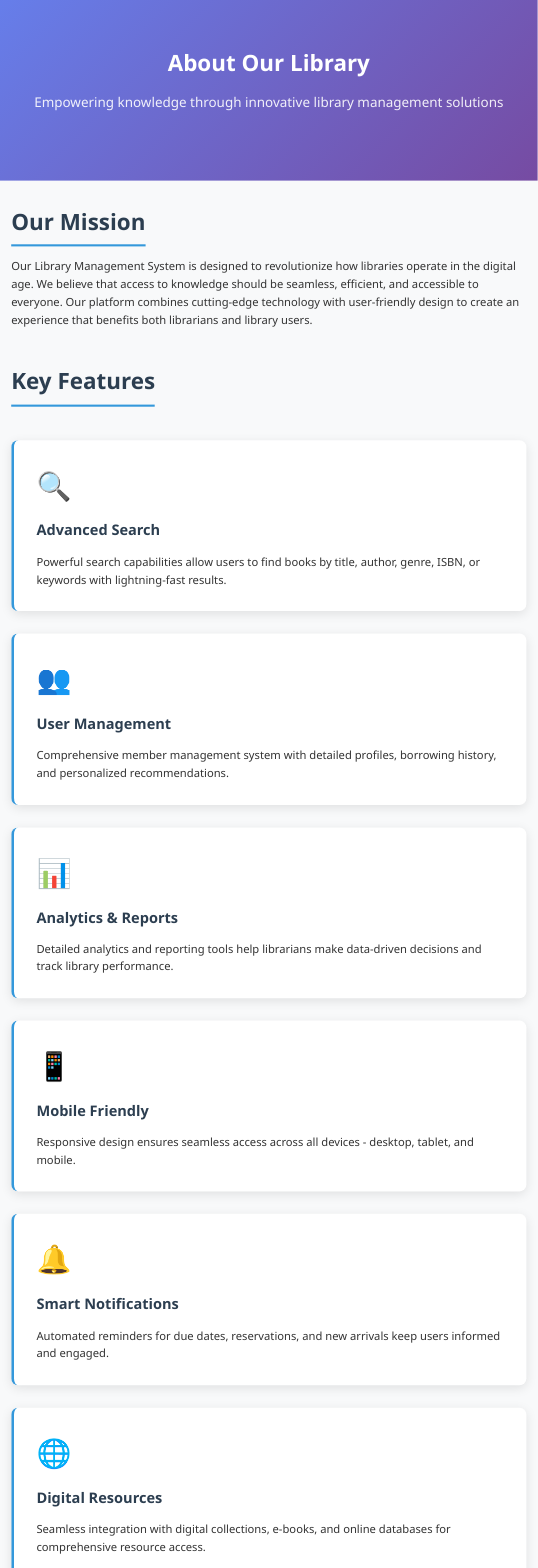
Repository: Manilamagar/learningnodejs
Page: http://localhost/contact
The author's editor kept a copy of each file at every save. The page is drawn from the files as they stood at one save, then again after the next save.
The browser window is 768 px wide. The pictures show the part of the page from y = 0 to 2240 px (the page is 4801 px tall before and 4193 px after), at 70% of full size.
The page is served by the project's Node server (app.js).

Above is the page before, as saved 2025-05-28 12:48:07.

After the next save:
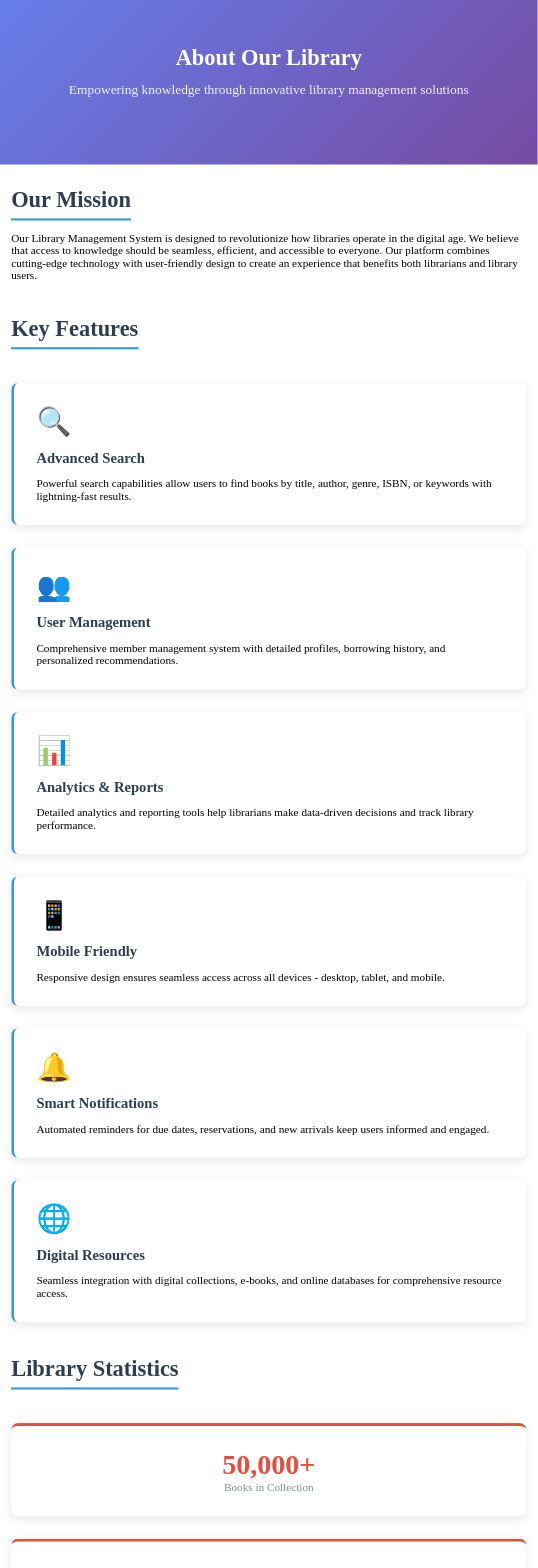
Saved 67 s later.
--- a/views/contact.ejs
+++ b/views/contact.ejs
@@ -11,154 +11,6 @@
             box-sizing: border-box;
         }
 
-        body {
-            font-family: 'Segoe UI', Tahoma, Geneva, Verdana, sans-serif;
-            line-height: 1.6;
-            color: #333;
-            background-color: #f8f9fa;
-        }
-
-        .dark-mode {
-            background-color: #1a1a1a;
-            color: #e0e0e0;
-        }
-
-        .dark-mode .navbar {
-            background: linear-gradient(135deg, #2c3e50, #3498db);
-        }
-
-        .dark-mode .nav-link {
-            color: #e0e0e0;
-        }
-
-        .dark-mode .nav-link:hover {
-            color: #74b9ff;
-        }
-
-        .dark-mode .hero-section {
-            background: linear-gradient(135deg, #2c3e50, #34495e);
-        }
-
-        .dark-mode .feature-card {
-            background: #2c2c2c;
-            border-color: #444;
-        }
-
-        .dark-mode .stats-card {
-            background: #2c2c2c;
-            border-color: #444;
-        }
-
-        /* Navigation Styles */
-        .navbar {
-            background: linear-gradient(135deg, #667eea, #764ba2);
-            padding: 1rem 0;
-            box-shadow: 0 2px 10px rgba(0,0,0,0.1);
-            position: sticky;
-            top: 0;
-            z-index: 1000;
-        }
-
-        .nav-container {
-            max-width: 1200px;
-            margin: 0 auto;
-            display: flex;
-            justify-content: space-between;
-            align-items: center;
-            padding: 0 2rem;
-        }
-
-        .logo {
-            font-size: 1.8rem;
-            font-weight: bold;
-            color: white;
-            text-decoration: none;
-            display: flex;
-            align-items: center;
-            gap: 0.5rem;
-        }
-
-        .logo::before {
-            content: "📚";
-            font-size: 2rem;
-        }
-
-        .nav-menu {
-            display: flex;
-            list-style: none;
-            gap: 2rem;
-            align-items: center;
-        }
-
-        .nav-link {
-            color: white;
-            text-decoration: none;
-            font-weight: 500;
-            padding: 0.5rem 1rem;
-            border-radius: 5px;
-            transition: all 0.3s ease;
-            position: relative;
-        }
-
-        .nav-link:hover {
-            background: rgba(255, 255, 255, 0.1);
-            transform: translateY(-2px);
-        }
-
-        .nav-link.active {
-            background: rgba(255, 255, 255, 0.2);
-        }
-
-        .dark-mode-toggle {
-            background: rgba(255, 255, 255, 0.1);
-            border: none;
-            color: white;
-            padding: 0.5rem 1rem;
-            border-radius: 20px;
-            cursor: pointer;
-            font-size: 0.9rem;
-            transition: all 0.3s ease;
-        }
-
-        .dark-mode-toggle:hover {
-            background: rgba(255, 255, 255, 0.2);
-        }
-
-        /* Mobile Menu */
-        .mobile-menu-toggle {
-            display: none;
-            background: none;
-            border: none;
-            color: white;
-            font-size: 1.5rem;
-            cursor: pointer;
-        }
-
-        @media (max-width: 768px) {
-            .nav-menu {
-                display: none;
-                position: absolute;
-                top: 100%;
-                left: 0;
-                width: 100%;
-                background: inherit;
-                flex-direction: column;
-                padding: 1rem 0;
-                box-shadow: 0 2px 10px rgba(0,0,0,0.1);
-            }
-
-            .nav-menu.active {
-                display: flex;
-            }
-
-            .mobile-menu-toggle {
-                display: block;
-            }
-
-            .nav-container {
-                padding: 0 1rem;
-            }
-        }
 
         /* Hero Section */
         .hero-section {
